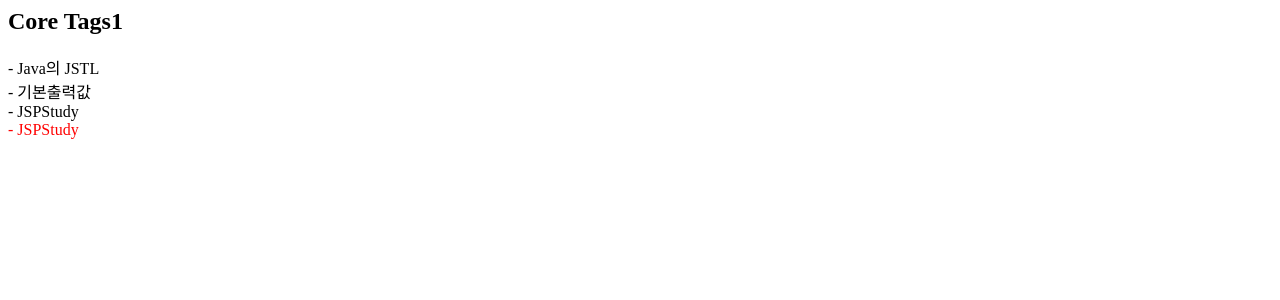
Repository: zboizz/JAVA_practice
Page: http://localhost/myapp/jstl/coreTags1.jsp
The author's editor kept a copy of each file at every save. The page is drawn from the files as they stood at one save, then again after the next save.
The browser window is 1280 px wide. The pictures show the whole page.
The page is served by Tomcat 9. Nobody is signed in. The application's start-up code is not run.

Above is the page before, as saved 2020-01-02 06:00:49.

### myapp/WebContent/jstl/coreTags1.jsp
<!-- coreTags1.jsp -->
<%@ page contentType="text/html; charset=EUC-KR"%>
<%@taglib prefix="c" uri="http://java.sun.com/jsp/jstl/core"%>
<!-- prefix를 작성할때 core인 경우에는 관례적으로 c 를 사용 -->
<%
		request.setCharacterEncoding("EUC-KR");
		String str1 = "Java의 JSTL";
		String str2 = null;
%>
<h2>Core Tags1</h2>
<!-- 4개의 저장소에 변수를 선언 -->
<c:set var="str3" value="JSPStudy" scope="page"/>
<c:set var="str4" value="JSTL" scope="session"/>
<!-- 변수의 출력 -->
 - <c:out value="<%=str1%>" default="기본출력값"/><br/>
 - <c:out value="<%=str2%>" default="기본출력값"/><br/>
 - <c:out value="${str3}" default="기본출력값"/><br/>
 <!-- 변수를 저장소에서 삭제 -->
 <c:remove var="str4"/>
 <%String s = (String)pageContext.getAttribute("str3");%>
<font color="red">- <%=s%></font>

After the next save:
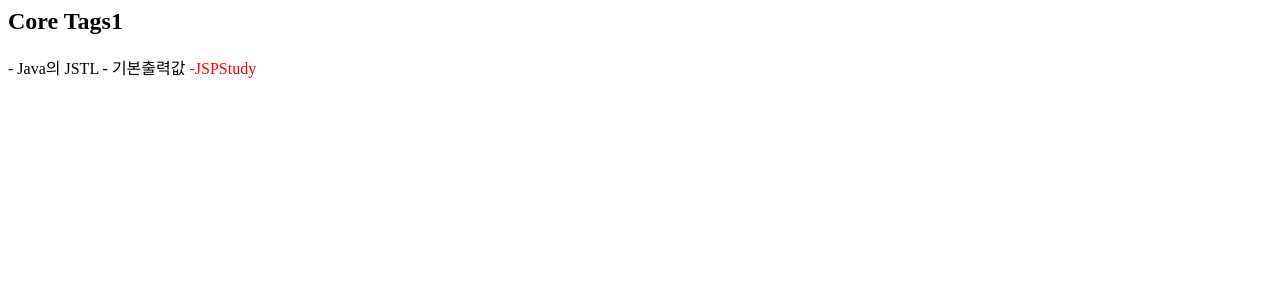
Saved 9 s later.
--- a/myapp/WebContent/jstl/coreTags1.jsp
+++ b/myapp/WebContent/jstl/coreTags1.jsp
@@ -12,10 +12,10 @@
 <c:set var="str3" value="JSPStudy" scope="page"/>
 <c:set var="str4" value="JSTL" scope="session"/>
 <!-- 변수의 출력 -->
- - <c:out value="<%=str1%>" default="기본출력값"/><br/>
- - <c:out value="<%=str2%>" default="기본출력값"/><br/>
- - <c:out value="${str3}" default="기본출력값"/><br/>
- <!-- 변수를 저장소에서 삭제 -->
- <c:remove var="str4"/>
- <%String s = (String)pageContext.getAttribute("str3");%>
-<font color="red">- <%=s%></font>
+- <c:out value="<%=str1%>" default="기본출력값"/>
+- <c:out value="<%=str2%>" default="기본출력값"/>
+
+<!-- 변수를 저장소에서 삭제 -->
+<c:remove var="str4"/>
+<%String s = (String)pageContext.getAttribute("str3");%>
+<font color="red">-<%=s%></font>
